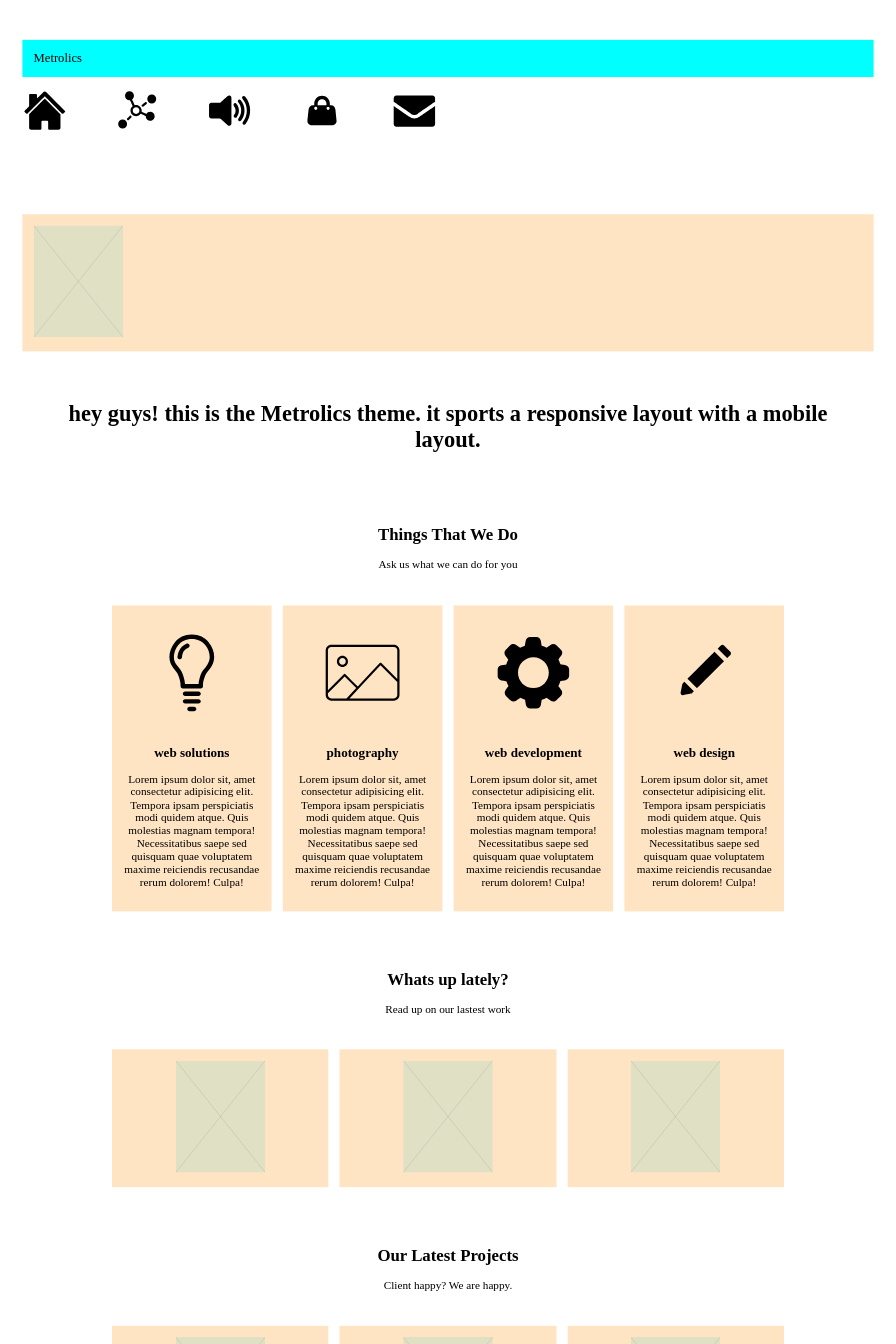
Repository: jjennbui/MDIA2003G-Assignment03B
Page: index.html
These files come from the project's save history. The page is drawn as it stood at one moment and after the next save; the edit follows.
The browser window is 1280 px wide. The pictures show the part of the page from y = 0 to 1920 px (the page is 2802 px tall before and 2623 px after), at 70% of full size.

Above is the page before, as saved 2023-01-30 23:12:20.

After the next save:
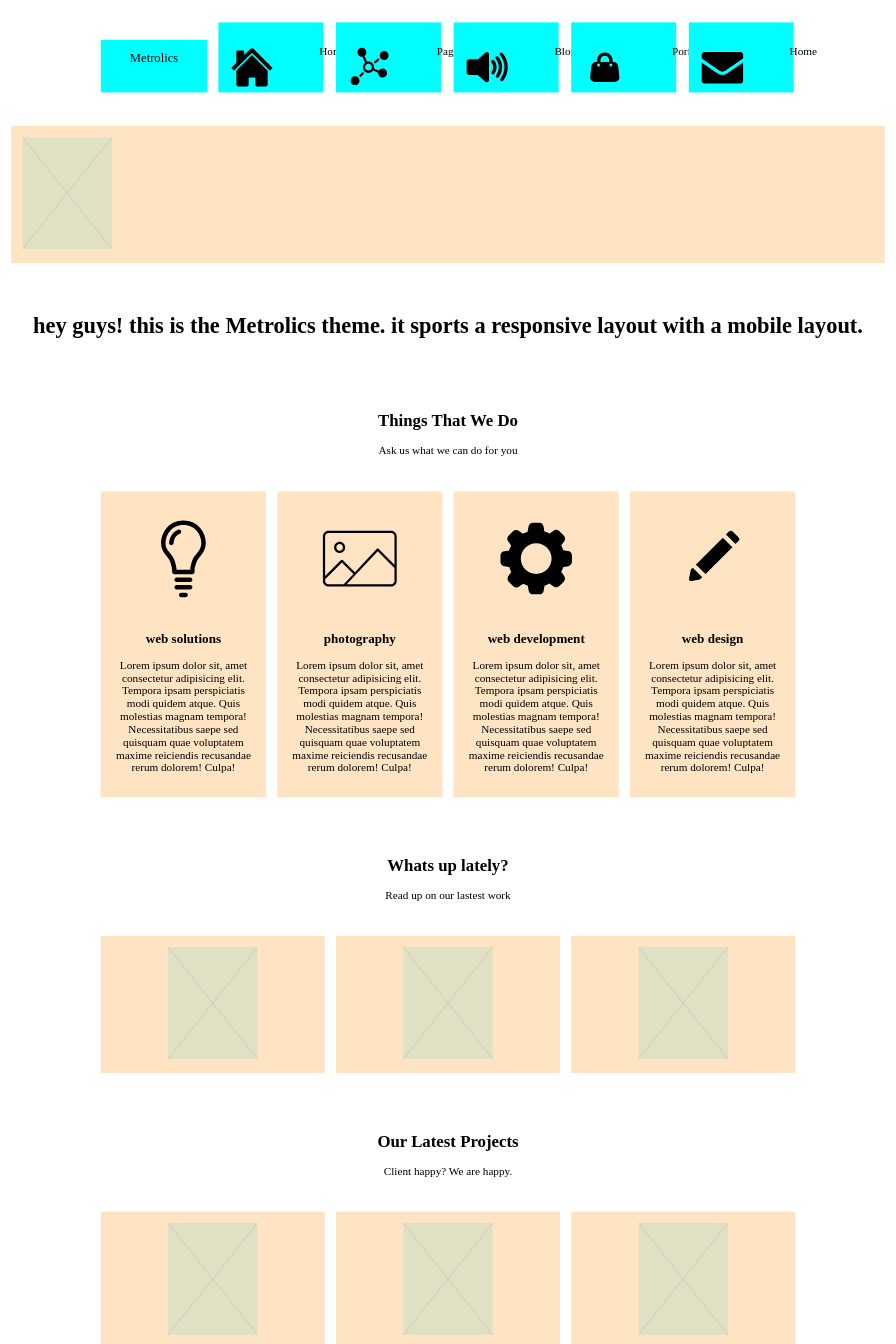
Saved 26 s later.
--- a/index.html
+++ b/index.html
@@ -26,18 +26,22 @@
 
   <div class="menu">
 
-    <div class="navicons">
+    <div class="row tabs">
       <div class="Metrolics">Metrolics</div>
 
 
-        <img src="img/house-solid.svg">
-        <img src="img/network-solid.svg">
-        <img src="img/volume-3-solid.svg">
-        <img src="img/handbag-solid.svg">
-        <img src="img/envelope-solid.svg">
 
-
-
+      <div class="navicon"> <img src="img/house-solid.svg"  >
+      <p>Home</p> </div>
+      <div class="navicon"> <img src="img/network-solid.svg">
+      <p>Pages</p></div>
+      <div class="navicon"><img src="img/volume-3-solid.svg">
+      <p>Blog</p></div>
+      <div class="navicon"> <img src="img/handbag-solid.svg">
+      <p>Porfolio</p></div>
+      <div class="navicon"> <img src="img/envelope-solid.svg">
+      <p>Home</p> </div>
+    </div>
     <div class="hamburger">
     <img src="img/three-bars-solid.svg">
     </div>
